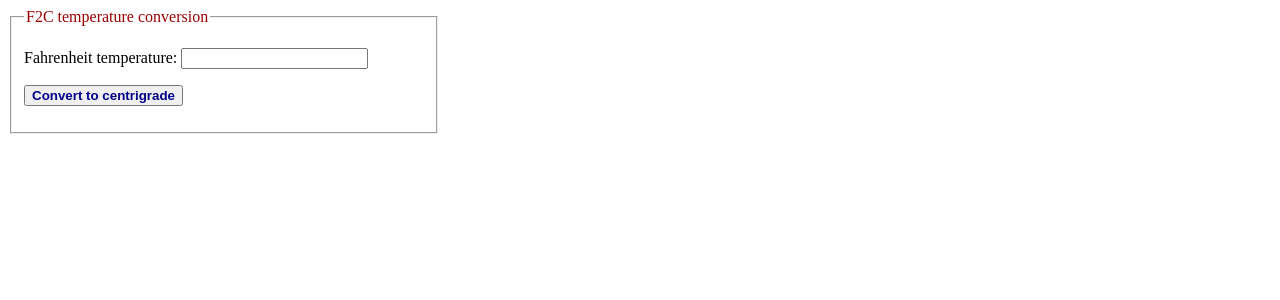
Repository: atonizer/workspace
Page: temp/WebContent/input.html
An editor plug-in stored every save of this project. The page is shown before and after the next save, followed by the edit.
The browser window is 1280 px wide. The pictures show the whole page.

Above is the page before, as saved 2016-08-23 09:56:17.

### temp/WebContent/input.html
<!doctype html>
<html>
<head>
<title>Introductory example</title>
<style type="text/css">
.legend {
	color: #990000;
}

input {
	color: darkblue;
	font-weight: bold;
}

fieldset {
	width: 400px;
}
</style>
</head>
<body>
	<fieldset>
		<legend class='legend'>F2C temperature conversion</legend>
		<p>
		<form action='convert.jsp' method='post'>
		<!-- the 'name' is important -->
Fahrenheit temperature: <input type='text' name='tempF' id = 'tempF'/>
			<p>
				<input type='submit' style='font-weigth: bold;'
					value='Convert to centrigrade' />
			</p>
		</form>
	</fieldset>
</body>
</html>

After the next save:
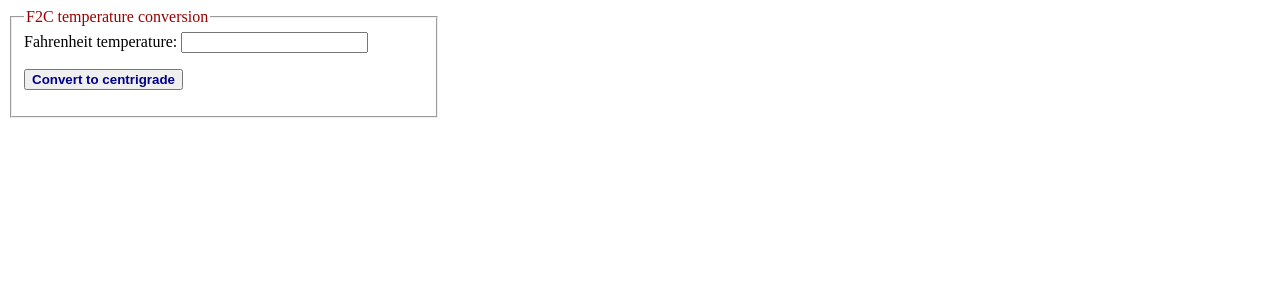
Saved 17 min 38 s later.
--- a/temp/WebContent/input.html
+++ b/temp/WebContent/input.html
@@ -20,10 +20,9 @@
 <body>
 	<fieldset>
 		<legend class='legend'>F2C temperature conversion</legend>
-		<p>
 		<form action='convert.jsp' method='post'>
-		<!-- the 'name' is important -->
-Fahrenheit temperature: <input type='text' name='tempF' id = 'tempF'/>
+			<!-- the 'name' is important -->
+			Fahrenheit temperature: <input type='text' name='tempF' id='tempF' />
 			<p>
 				<input type='submit' style='font-weigth: bold;'
 					value='Convert to centrigrade' />

After the save that followed:
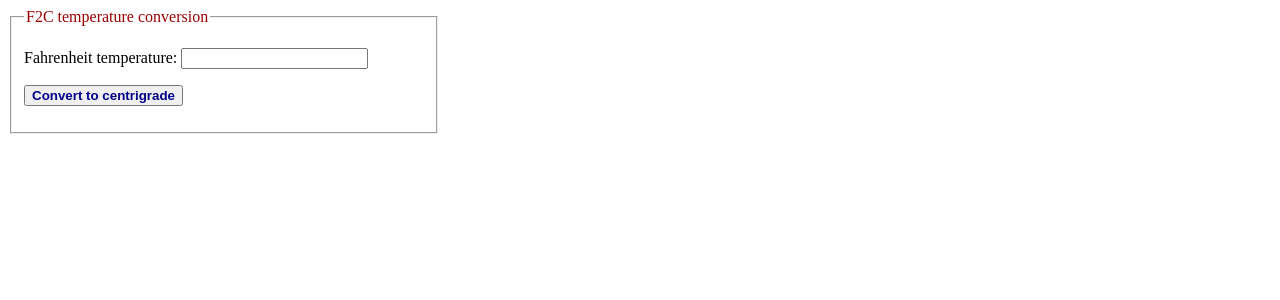
Saved 70 s later.
--- a/temp/WebContent/input.html
+++ b/temp/WebContent/input.html
@@ -20,6 +20,7 @@
 <body>
 	<fieldset>
 		<legend class='legend'>F2C temperature conversion</legend>
+		<p>
 		<form action='convert.jsp' method='post'>
 			<!-- the 'name' is important -->
 			Fahrenheit temperature: <input type='text' name='tempF' id='tempF' />
@@ -28,6 +29,7 @@
 					value='Convert to centrigrade' />
 			</p>
 		</form>
+		</p>
 	</fieldset>
 </body>
 </html>
